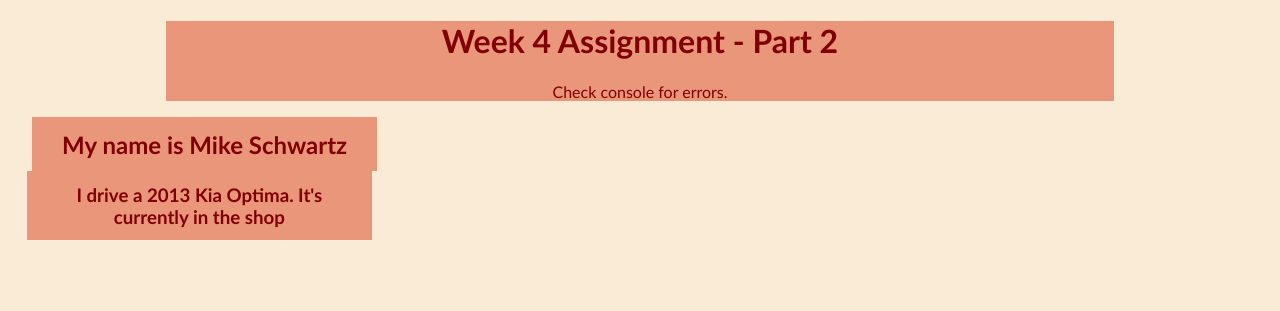
Repository: Ellusionism/prime-pw-week-4-assignment-part-2
Page: assignment/index.html
These files come from the project's save history. The page is drawn as it stood at one moment and after a run of saves; the edit follows.
The browser window is 1280 px wide. The pictures show the whole page.

Above is the page before, as saved 2022-11-16 18:02:20.

### assignment/index.html
<!DOCTYPE html>
<meta name="viewport" content="width=device-width">
<html lang="en-US">
  <head>
    <meta charset="utf-8">
    <title>Week 4 Assignment</title>
    <link rel="stylesheet" href="stylesheet.css">
    <!-- Create and CSS file -->
  </head>
  <body>
    <header class="homepageHeader">
      <h1>Week 4 Assignment - Part 2</h1>
      <p>Check console for errors.</p>
  </header>
  <div>
    <h2 class="info"> My name is Mike Schwartz </h2>
  </div>
  <h3 class="info">I drive a 2013 Kia Optima. It's currently in the shop</h3>
  </body>
</html>

### assignment/stylesheet.css
body {
 font-family:'Trebuchet MS', 'Lucida Sans Unicode', 'Lucida Grande', 'Lucida Sans', Arial, sans-serif;
 background-color:antiquewhite;
}

.homepageHeader {
 background-color:darksalmon;
 text-align: center;
 width: 75%;
 display: block;
 margin: auto;
 color: maroon;
}

.info {
 background-color:darksalmon;
 width: 20rem;
 text-align: center;
 padding: 1%;
 display: block;
 margin: auto 1em;
 color: maroon;
}

After the next 2 saves:
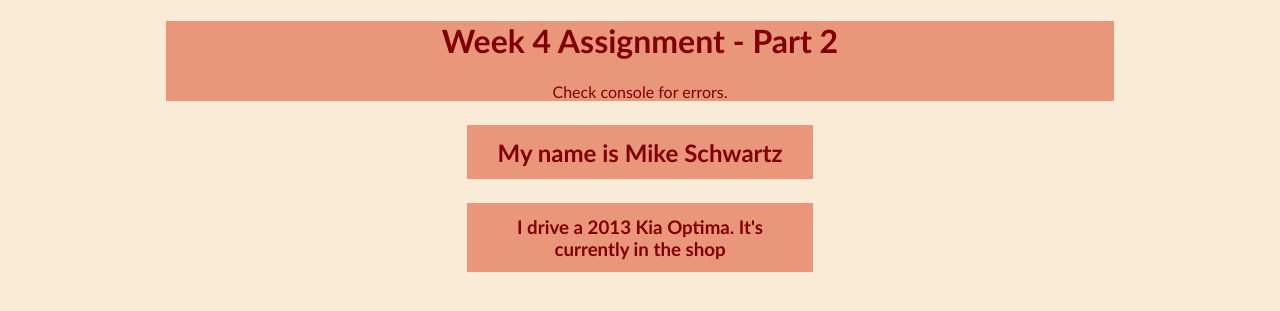
The 2 saves are shown as one change because they came seconds apart.
The last was saved 6 s later.
--- a/assignment/stylesheet.css
+++ b/assignment/stylesheet.css
@@ -18,6 +18,6 @@ body {
  text-align: center;
  padding: 1%;
  display: block;
- margin: auto 1em;
+ margin: 1em auto;
  color: maroon;
 }
